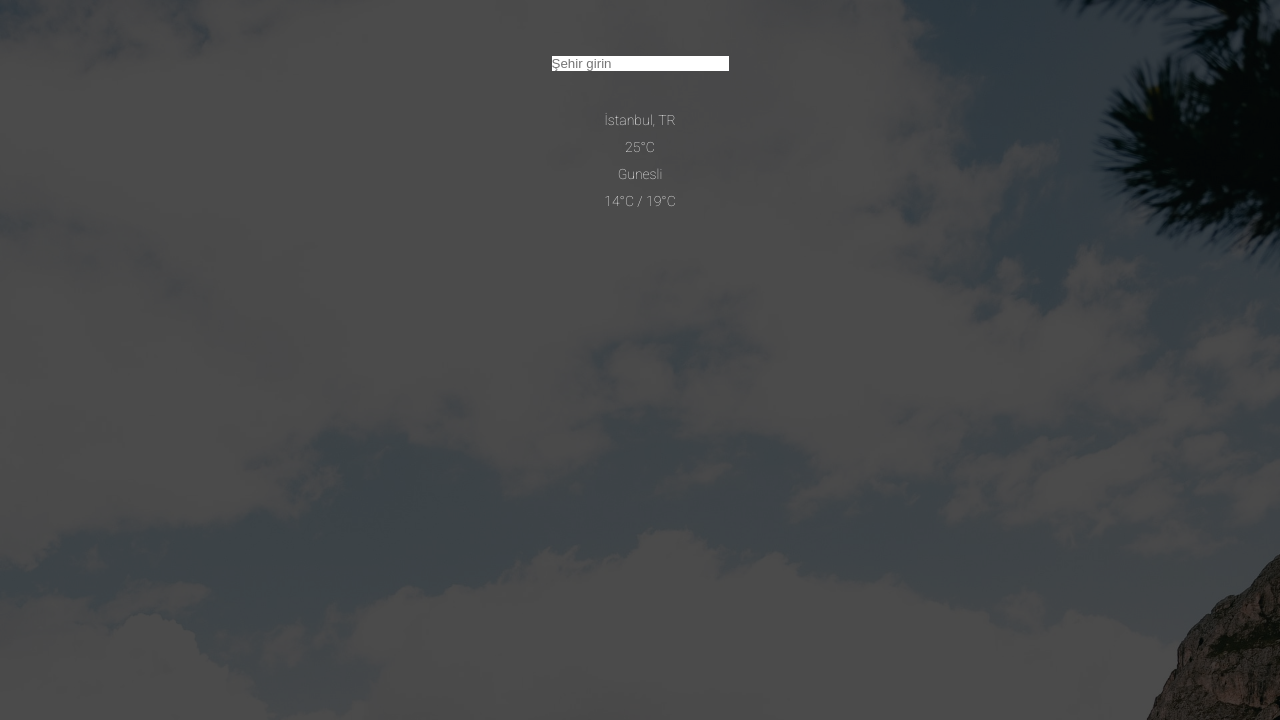
Repository: DogukanSAVA/havadurumu
Page: index.html
These files come from the project's save history. The page is drawn as it stood at one moment and after the next save; the edit follows.
The browser window is 1280 px wide. The pictures show the whole page.

Above is the page before, as saved 2021-09-16 12:00:30.

### index.html
<!DOCTYPE html>
<html lang="en">

<head>
          <meta charset="UTF-8">
          <meta http-equiv="X-UA-Compatible" content="IE=edge">
          <meta name="viewport" content="width=device-width, initial-scale=1.0">
          <title>Document</title>
          <link rel="preconnect" href="https://fonts.googleapis.com">
          <link rel="preconnect" href="https://fonts.gstatic.com" crossorigin>
          <link href="https://fonts.googleapis.com/css2?family=Roboto:wght@100&display=swap" rel="stylesheet">
          <link rel="stylesheet" href="style.css">

</head>

<body>
          <div class="app">
                    <div class="header">
                              <div class="h1">
                                        <input type="text" id="searchBar" placeholder="Şehir girin">
                              </div>

                    </div>

                    <div class="content">
                              <div class="city">İstanbul, TR</div>
                              <div class="temp">25°C</div>
                              <div class="desc">Gunesli</div>
                              <div class="minmax">14°C / 19°C</div>
                    </div>
          </div>

          <script src="script.js"></script>
</body>

</html>

### style.css
* {
  margin: 0;
  padding: 0;
  border: 0;
  box-sizing: border-box;
}

html,
body {
  font-family: "Roboto", sans-serif;
  font-size: 14px;
  font-weight: 400;
  line-height: 27px;
  color: #fff;
  background-image: url(kristaps-ungurs-IsoWEQtvlBU-unsplash.jpg);
  background-repeat: no-repeat;
  background-size: cover;
  height: 100vh;
}

.app {
  display: flex;
  flex-direction: column;
  align-items: center;
  text-align: center;
  background: rgba(0, 0, 0, 0.7);
  height: 100vh;
}

.header{padding: 50px 20px 30px 20px;}
.header h1{
          font-size: 50px;
          color: #fbb034;
          text-shadow: 1px 3px rgba(0,0,0,.9)
}

.header input

Loaded but not shown: script.js (no stored copy; drawn as an empty file)

After the next save:
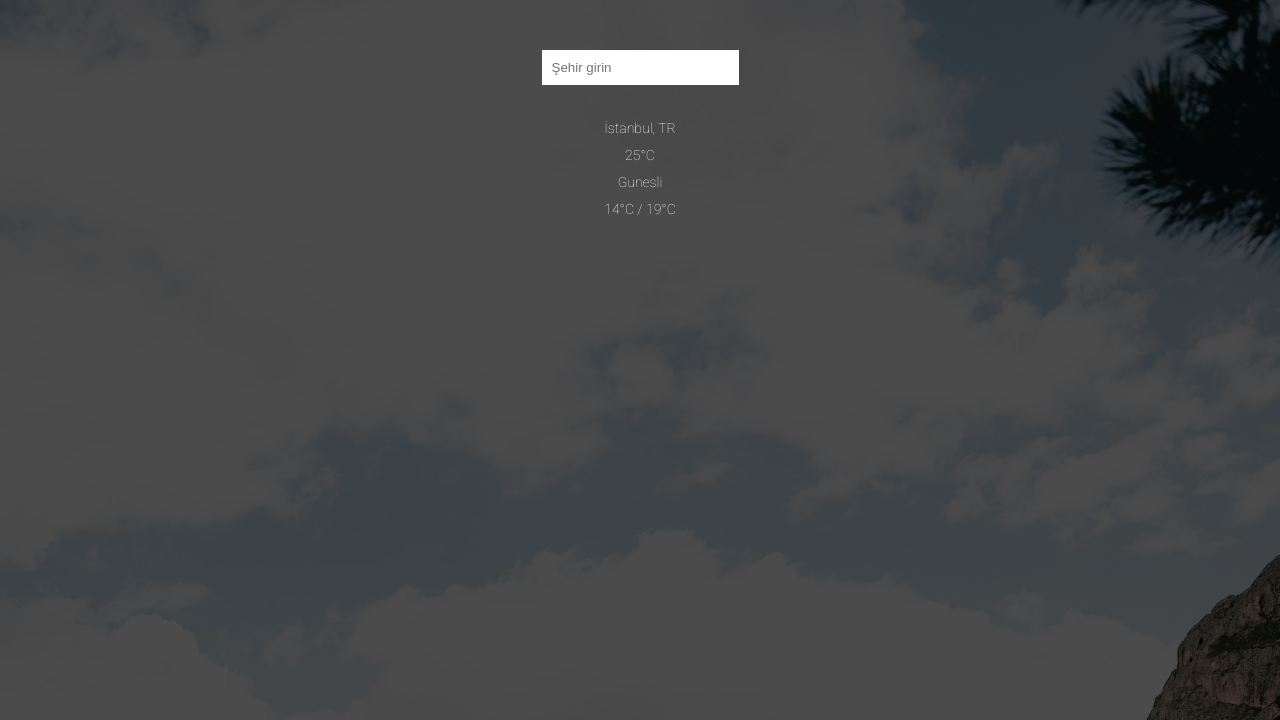
Saved 6 s later.
--- a/style.css
+++ b/style.css
@@ -34,4 +34,7 @@ body {
           text-shadow: 1px 3px rgba(0,0,0,.9)
 }
 
-.header input
+.header input{
+          width: 100%;
+          padding: 10px;
+}
